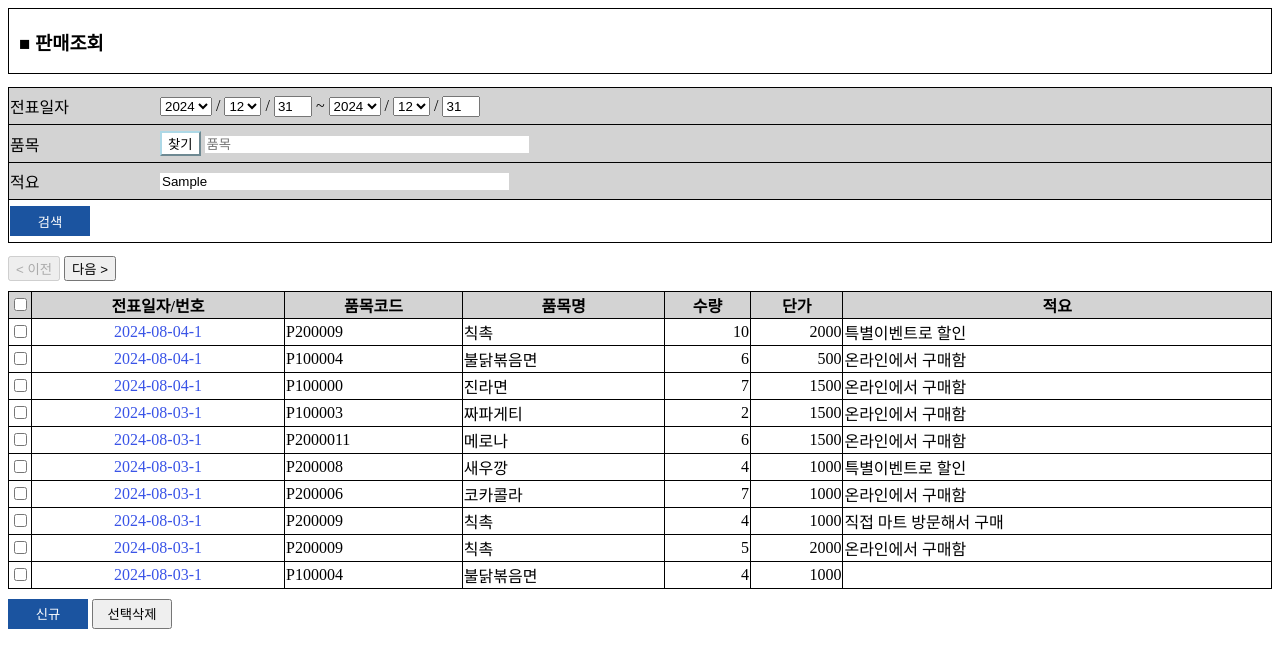
Repository: yoosb0328/js-project
Page: search.html
The author's editor kept a copy of each file at every save. The page is drawn from the files as they stood at one save, then again after the next save.
The browser window is 1280 px wide. The pictures show the whole page.
Empty fields were first filled with sample values (such as "Sample", 5 or name@example.com).
After loading, the first visible `#search-btn` was clicked once.

Above is the page before, as saved 2024-08-05 19:22:56.
Console error: TypeError: Cannot read properties of null (reading 'addEventListener')

### search.html
<!DOCTYPE html>
<html lang="en">
<head>
    <meta charset="UTF-8">
    <meta name="viewport" content="width=device-width, initial-scale=1.0">
    <title>판매조회</title>
    <link rel="stylesheet" href="./css/search.css">
</head>
<body>
    <div class="title">
        <h3 style="margin-left: 10px;"> &#x25A0; 판매조회</h3>
    </div>
    <div class="content">
        <div class="search-tab">
            <table class="search-table">
                <tr>
                   <td>
                        <div class="table-div">
                            <span class="name-tag">전표일자</span>
                            <div class="search-box">
                                <select id="year-select-from">
                                    <option value="2024">2024</option>
                                    <option value="2023">2023</option>
                                    <option value="2022">2022</option>
                                    <option value="2021">2021</option>
                                </select>
                                /
                                <select id="month-select-from">
                                    <option value="12">12</option>
                                    <option value="11">11</option>
                                    <option value="10">10</option>
                                    <option value="9">9</option>
                                    <option value="8">8</option>
                                    <option value="7">7</option>
                                    <option value="6">6</option>
                                    <option value="5">5</option>
                                    <option value="4">4</option>
                                    <option value="3">3</option>
                                    <option value="2">2</option>
                                    <option value="1">1</option>
                                </select>
                                /
                                <input id="date-input-from" class="date-input" type="number" placeholder="일자" value="31" max="31">
                                ~
                                <select id="year-select-to">
                                    <option value="2024">2024</option>
                                    <option value="2023">2023</option>
                                    <option value="2022">2022</option>
                                    <option value="2021">2021</option>
                                </select>
                                /
                                <select id="month-select-to">
                                    <option value="12">12</option>
                                    <option value="11">11</option>
                                    <option value="10">10</option>
                                    <option value="9">9</option>
                                    <option value="8">8</option>
                                    <option value="7">7</option>
                                    <option value="6">6</option>
                                    <option value="5">5</option>
                                    <option value="4">4</option>
                                    <option value="3">3</option>
                                    <option value="2">2</option>
                                    <option value="1">1</option>
                                </select>
                                /
                                <input id="date-input-to" class="date-input" type="number" placeholder="일자" value="31" max="31">
                            </div>
                        </div>
                   </td>
                </tr>
                <tr>
                    <td>
                        <div class="table-div">
                            <span class="name-tag">품목</span>
                            <form class="search-box">
                                <button id="open-popup-btn" class="category-btn" type="submit">찾기</button>
                                <input id="category-search-input" class="category-txt" type="text" readonly placeholder="품목">
                            </form>
                        </div>
                    </td>
                </tr>
                <tr>
                    <td>
                        <div class="table-div">
                            <span class="name-tag">적요</span>
                            <div class="search-box">
                                <input class="memo-txt" type="text" placeholder="적요">
                            </div>
                        </div>
                    </td>
                </tr>
                <tr style="background-color: white;">
                    <td>
                        <div class="button-tab search-content" style="margin-top: 5px; margin-bottom: 5px;">
                            <button id="search-btn"
                                    data-type="sale"
                                    class="color-button">검색</button></div>
                    </td>
                </tr>
            </table>
        </div>
        <div class="center-buttons" style="margin-top: 10px; margin-bottom: 10px;">
            <button id="sales-prev-button">< 이전 </button> <button id="sales-next-button"> 다음 >  </button>
        </div>
        <div class="main" style="margin-bottom: 10px;">
            <table id="sales-table" class="main-table">
                <colgroup id="sales-colgroup">
                    <col style="width: 5px;">
                    <col style="width: auto;">
                    <col>
                    <col>
                    <col>
                    <col>
                    <col>
                </colgroup>
                <thead id="sales-thead">
                    <tr>
                        <th>
                            <input type="checkbox" id="check-all">
                        </th>
                        <th>
                            전표일자/번호
                        </th>
                        <th>
                            품목코드
                        </th>
                        <th>
                            품목명
                        </th>
                        <th>
                            수량
                        </th>
                        <th>
                            단가
                        </th>
                        <th>
                            적요
                        </th>
                    </tr>
                </thead>
                <tbody id="common-tbody" class="table-body">
                </tbody>
            </table>
        </div>
        <div class="bottom-buttons">
            <button id="open-popup-btn" class="new-sale-btn color-button"> 신규 </button> <button class="non-color-button"> 선택삭제 </button>
        </div>
    </div>
    <script type="module" src="./js/script/initData.js"></script>
    <script type="module" src="./js/component/checkBox.js"></script>
    <script type="module" src="./js/component/popup.js"></script>
    <script type="module" src="./js/component/button.js"></script>
</body>
</html>

### css/search.css
.title {
    border: 1px solid black;
}
.search-tab {
    margin-top: 1%;
    margin-bottom: 1%;
    border-collapse: collapse;

}
.search-table {
    width: 100%;
    background-color: lightgray;
    border-collapse: collapse;
}
.search-table tr {
    background-color: lightgray;
    width: auto;
    border: 1px solid black;
}
.search-table .table-div {
    display: flex;
    align-items: center;
    margin-top: 5px;
    margin-bottom: 5px;
}
.table-div span {
    width: 120px;
}
.table-div .search-box {
    margin-left: 30px;
}
.date-input {
    width: 30px;
}
.button-tab {
    background-color: white;
}
.color-button {
    background-color: rgb(27, 84, 160);
    border: 0px;
    color: white;
    width: 80px;
    height: 30px;

}
.non-color-button {
    width: 80px;
    height: 30px;
}
.category-btn {
    background-color: white;
    border-color: lightblue;
}
.category-txt {
    border: none;
    width: 320px;
}
.memo-txt {
    border: none;
    width: 345px;
}
.main-table {
    width: 100%;
    border-collapse: collapse;
}
.main-table th {
    background-color: lightgray;
    text-align: center;
    width: auto;
    border: 1px solid black;
}
.main-table td {
    border: 1px solid black;
    text-align: right;
}
.main-table .center-align-cell {
    text-align: center;
}
.main-table .left-align-cell {
    text-align: left;
}
.main-table .right-align-cell {
    text-align: right;
}
.main-table .date-num {
    color: rgb(58, 84, 231);
}

### js/script/initData.js
import { DataStore } from "../data/DataStore.js";
import { Category } from "../data/Category.js";
import { Sale, SaleRender } from "../data/Sale.js";

const dates = ["2024-08-04", "2024-08-03", "2024-08-03", "2024-08-02", "2024-08-01", "2024-07-31"];
const names = [
    "진라면",
    "신라면",
    "안성탕면",
    "짜파게티",
    "불닭볶음면",
    "팔도비빔면",
    "코카콜라",
    "스프라이트",
    "새우깡",
    "칙촉",
    "수박바",
    "메로나",
    "바밤바",
];
const descriptions = ["온라인에서 구매함", "직접 마트 방문해서 구매", "특별이벤트로 할인", ""];
const dataStore = DataStore.getInstance();

if (dataStore.categories.length === 0 && dataStore.sales.length === 0) {
    console.log("initData : 데이터 초기화");
    dataStore.loadFromLocalStorage();
    initCategory();
    initSales();
    dataStore.saveToLocalStorage();
}

const saleRender = new SaleRender(dataStore.sales);
saleRender.render();

//Category부터 저장.
function initCategory() {
    const categories = [];
    names.forEach(function (name, index) {
        const code = index <= 5 ? "P10000" + index : "P20000" + index;
        categories.push(new Category(code, name));
    });
    categories.sort((a, b) => a.code - b.code);
    dataStore.categories = categories;
    return categories;
}

function initSales() {
    const sales = [];
    const totalSalescount = 30; //시작 데이터 30개 임의 생성.

    for (let i = 0; i < totalSalescount; i++) {
        //임의의 날짜
        const randomDate = dates[Math.floor(Math.random() * dates.length)];
        //임의의 카테고리
        const randomCategory =
            dataStore.categories[Math.floor(Math.random() * dataStore.categories.length)];
        //임의의 적요
        const randomDescription = descriptions[Math.floor(Math.random() * descriptions.length)];
        //임의의 수량
        const quantity = Math.floor(Math.random() * 10) + 1;
        //임의의 가격
        const price = (Math.floor(Math.random() * 5) + 1) * 500;
        //객체 생성
        const sale = new Sale(randomDate, randomCategory, quantity, price, randomDescription);

        sales.push(sale);
    }
    //날짜 순 내림차순 정렬(최근 날짜 먼저)
    sales.sort((a, b) => new Date(b.date) - new Date(a.date));

    // 생성된 Sales 객체들을 dataStore.sales에 저장
    dataStore.sales = sales;
    return sales;
}

### js/component/checkBox.js
const checkAll = document.getElementById("check-all");

checkAll.addEventListener("change", (event) => {
    const isChecked = event.target.checked;
    const rowCheckboxes = document.querySelectorAll("#common-tbody .row-checkbox");
    // const rowCheckboxes = document.querySelectorAll(".table-tbody .row-checkbox");
    rowCheckboxes.forEach((checkbox) => {
        checkbox.checked = isChecked;
    });
});

### js/component/popup.js
import { DataStore } from "../data/DataStore.js";
import { renderAppliedCategory } from "../data/Category.js";
/*팝업 오픈 시 데이터 전송*/

// 부모 창에서 메시지를 수신하고, 팝업으로 데이터를 전송
window.addEventListener("message", (event) => {
    // 보안 검증
    if (event.origin !== "http://127.0.0.1:5500") {
        console.error("허용되지 않은 출처", event.origin);
        return;
    }
    // if (event.data === "requestCategories") {
    //     const data = DataStore.getInstance().categories;
    //     event.source.postMessage({ type: "categories", data: data }, event.origin);
    // }
    console.log(event);
    switch (event.data.type) {
        case "requestCategories": //카테고리 정보를 부모창에서 자식 팝업으로 전송.
            const data = DataStore.getInstance().categories;
            event.source.postMessage({ type: "categories", data: data }, event.origin);
            break;
        case "checkBoxApplyItems":
            renderAppliedCategory(event.data.data);
            break;
        default:
            console.log("no case for popup action");
    }
});

### js/component/button.js
import { DataStore } from "../data/DataStore.js";
import { CategoryRender } from "../data/Category.js";
/*버튼 기능 구현*/

//검색버튼
const searchButton = document.getElementById("search-btn");
if (searchButton) {
    searchButton.addEventListener("click", search);
}
function search(event) {
    // 클릭된 버튼의 data-type 속성 값을 가져옴
    const type = event.target.getAttribute("data-type");
    let result;
    let categoryRender;
    // data-type에 따라 분기 처리
    switch (type) {
        case "category":
            const code = document.getElementById("category-code-txt").value;
            const name = document.getElementById("category-name-txt").value;
            console.log(code, name);
            // category 검색 로직
            result = DataStore.getInstance().searchCategories(code, name);
            categoryRender = new CategoryRender(result);
            categoryRender.render();
            break;
        case "sale":
            // 기간 추출
            const fromYear = document.querySelector("#year-select-from").value;
            const fromMonth = document.querySelector("#month-select-from").value;
            const fromDay = document.querySelector("#date-input-from").value;

            const toYear = document.querySelector("#year-select-to").value;
            const toMonth = document.querySelector("#month-select-to").value;
            const toDay = document.querySelector("#date-input-to").value;

            const fromDate = `${fromYear}-${fromMonth.padStart(2, "0")}-${fromDay.padStart(
                2,
                "0"
            )}`;
            const toDate = `${toYear}-${toMonth.padStart(2, "0")}-${toDay.padStart(2, "0")}`;

            // 품목 (코드) 추출
            const categoryInput = document.getElementById("category-search-input");
            const codes = categoryInput.value
                .split(",")
                .map((code) => code.trim())
                .filter((code) => code !== "");

            // 적요 추출
            const description = document.querySelector(".memo-txt").value;
            result = DataStore.getInstance().searchSales(fromDate, toDate, codes, description);
            categoryRender = new CategoryRender(result);
            categoryRender.render();
            break;
        default:
            console.log("Unknown search type");
    }
} //search();

//체크박스 선택 후 적용 버튼
const applyButton = document.getElementById("apply-btn");
if (applyButton) {
    applyButton.addEventListener("click", apply);
}
function apply() {
    // 체크박스가 있는 tbody 요소를 가져옵니다.
    const tbody = document.getElementById("common-tbody");
    const checkboxes = tbody.querySelectorAll("input.row-checkbox");

    // 선택된 체크박스의 정보를 저장할 배열
    const selectedItems = [];

    checkboxes.forEach((checkbox) => {
        if (checkbox.checked) {
            const row = checkbox.closest("tr"); //checkbox에서 가장 가까운 로우
            const code = row.querySelector(".category-code").textContent.trim(); // 코드 정보
            const name = row.querySelector(".category-name").textContent.trim(); // 이름 정보
            selectedItems.push({ code, name });
            console.log(code, name);
        }
    });

    // 체크된 항목이 3개 이하인지 확인합니다.
    if (selectedItems.length > 3) {
        alert("최대 3개 항목만 적용할 수 있습니다!");
        return;
    }
    // 부모 창에 메시지 전송
    if (window.opener) {
        window.opener.postMessage({ type: "checkBoxApplyItems", data: selectedItems }, "*");
    }

    // 팝업 닫기
    window.close();
} //apply()

//신규 버튼
const newButton = document.getElementById("");

//선택 삭제 버튼
const deleteButton = document.getElementById("");

//팝업 닫는 버튼
const closeButtons = document.querySelectorAll("#close-popup-btn");
closeButtons.forEach((button) => {
    button.addEventListener("click", closePopup);
});
function closePopup() {
    window.close();
} //closePopup()

//팝업 여는 버튼
const openButtons = document.querySelectorAll("#open-popup-btn");
openButtons.forEach((button) => {
    button.addEventListener("click", openPopup);
});

function openPopup(event) {
    event.preventDefault(); // 기본 동작 방지

    // 클릭된 버튼의 클래스 이름을 가져오기 (css 구분이 아닌 동작에 따른 클래스명은 항상 제일 앞에 작성)
    const classList = event.target.classList;
    const className = classList[0];
    // 클래스 이름에 따라 팝업을 열기
    switch (className) {
        case "category-btn": //품목 조회 팝업
            window.open("search-popup.html", "search-popup", "width=600,height=600");
            break;
        case "new-category-btn": //품목 등록 팝업
            window.open("category-input-popup.html", "input-popup", "width=600,height=300");
            break;
        case "new-sale-btn": //판매 데이터 입력 팝업
            window.open("sale-input-popup.html", "sale-input-popup", "width=600,height=600");
            break;
        default:
            console.error("Unknown className:", className);
            break;
    }
} //openPopup()

### js/data/Category.js
export class Category {
    constructor(code, name) {
        this.code = code;
        this.name = name;
    }

    //Getter
    getCode() {
        return this.code;
    }
    getName() {
        return this.name;
    }
}

export class CategoryRender {
    constructor(categories) {
        this.categories = categories;
        this.currentPage = 1;
        this.itemsPerPage = 10;

        this.initEventListeners();
    }

    initEventListeners() {
        const prevButton = document.querySelector("#category-prev-button");
        const nextButton = document.querySelector("#category-next-button");

        prevButton.addEventListener("click", this.goToPrevPage.bind(this));
        nextButton.addEventListener("click", this.goToNextPage.bind(this));
    }

    render() {
        const startIndex = (this.currentPage - 1) * this.itemsPerPage; //처음에는 0에서 시작.
        const endIndex = startIndex + this.itemsPerPage; //처음에는 10
        const currentCategories = this.categories.slice(startIndex, endIndex); //0~9까지 slice하게 됨.
        const tbody = document.getElementById("common-tbody");

        tbody.innerHTML = "";

        currentCategories.forEach((category) => {
            const row = document.createElement("tr");
            row.innerHTML = `
                <td class="center-align-cell"><input class="row-checkbox" type="checkbox"></td>
                <td class="center-align-cell category-code">${category.code}</td>
                <td class="left-align-cell category-name">${category.name}</td>
                <td class="left-align-cell">수정</td>
            `;
            tbody.appendChild(row);
        });

        // 버튼 활성화 상태 업데이트
        this.updateButtons();
    } //render()

    updateButtons() {
        const prevButton = document.querySelector("#category-prev-button");
        const nextButton = document.querySelector("#category-next-button");

        prevButton.disabled = this.currentPage === 1;
        nextButton.disabled =
            this.currentPage === Math.ceil(this.categories.length / this.itemsPerPage);
    } //updateButtons()

    setPage(page) {
        this.currentPage = page;
        this.render();
    } //setPage()

    goToPrevPage() {
        if (this.currentPage > 1) {
            this.setPage(this.currentPage - 1);
        }
    }

    goToNextPage() {
        if (this.currentPage < Math.ceil(this.categories.length / this.itemsPerPage)) {
            this.setPage(this.currentPage + 1);
        }
    }
} //CategoryRender()

export function renderAppliedCategory(categories) {
    // 렌더링할 input 태그 선택
    const categoryInput = document.getElementById("category-search-input");
    categoryInput.value = "";
    // 배열의 요소를 문자열로 변환
    const categoryCodes = categories.map((category) => category.code).join(", ");

    // input 태그에 문자열 설정
    if (categoryInput) {
        categoryInput.value = categoryCodes;
    }
} // renderAppliedCategory

### js/data/Sale.js
import { Category } from "./Category.js";
import { DataStore } from "./DataStore.js";

export class Sale {
    constructor(date, category, quantity, price, description) {
        this.dataStore = DataStore.getInstance(); // 싱글톤 인스턴스를 가져옴
        this.date = date;
        this.dateNumber = date + "-" + this.getNextNumber(date);
        this.category = category; // category 객체를 참조
        this.quantity = quantity;
        this.price = price;
        this.description = description;
    }

    getNextNumber(date) {
        //같은 날짜에 등록된 전표 체크.
        const sameDateSales = this.dataStore.sales.filter((sale) => sale.date === date);
        return sameDateSales.length + 1;
    }

    //toJSON overriding
    toJSON() {
        return {
            dateNumber: this.dateNumber,
            date: this.date,
            category: {
                code: this.category.code,
                name: this.category.name,
            },
            quantity: this.quantity,
            price: this.price,
            description: this.description,
        };
    }
}

export class SaleRender {
    constructor(sales) {
        this.sales = sales;
        this.currentPage = 1;
        this.itemsPerPage = 10;

        this.initEventListeners();
    }

    initEventListeners() {
        const prevButton = document.querySelector("#sales-prev-button");
        const nextButton = document.querySelector("#sales-next-button");

        prevButton.addEventListener("click", this.goToPrevPage.bind(this));
        nextButton.addEventListener("click", this.goToNextPage.bind(this));
    }

    render() {
        console.log("render");
        const startIndex = (this.currentPage - 1) * this.itemsPerPage; //처음에는 0에서 시작.
        const endIndex = startIndex + this.itemsPerPage; //처음에는 10
        const currentSales = this.sales.slice(startIndex, endIndex); //0~9까지 slice하게 됨.

        const tbody = document.getElementById("common-tbody");

        tbody.innerHTML = "";

        currentSales.forEach((sale) => {
            const row = document.createElement("tr");
            row.innerHTML = `
                <td class="center-align-cell"><input class="row-checkbox" type="checkbox"></td>
                <td class="center-align-cell date-num">${sale.dateNumber}</td>
                <td class="left-align-cell">${sale.category.code}</td>
                <td class="left-align-cell">${sale.category.name}</td>
                <td class="right-align-cell">${sale.quantity}</td>
                <td class="right-align-cell">${sale.price}</td>
                <td class="left-align-cell">${sale.description}</td>
            `;
            tbody.appendChild(row);
        });

        // 버튼 활성화 상태 업데이트
        this.updateButtons();
    } //render();

    updateButtons() {
        const prevButton = document.querySelector("#sales-prev-button");
        const nextButton = document.querySelector("#sales-next-button");

        prevButton.disabled = this.currentPage === 1;
        nextButton.disabled = this.currentPage === Math.ceil(this.sales.length / this.itemsPerPage);
    }

    setPage(page) {
        this.currentPage = page;
        this.render();
    }

    goToPrevPage() {
        if (this.currentPage > 1) {
            this.setPage(this.currentPage - 1);
        }
    }

    goToNextPage() {
        if (this.currentPage < Math.ceil(this.sales.length / this.itemsPerPage)) {
            this.setPage(this.currentPage + 1);
        }
    }
}

Loaded but not shown: js/data/DataStore.js (150 lines, source omitted)

After the next save:
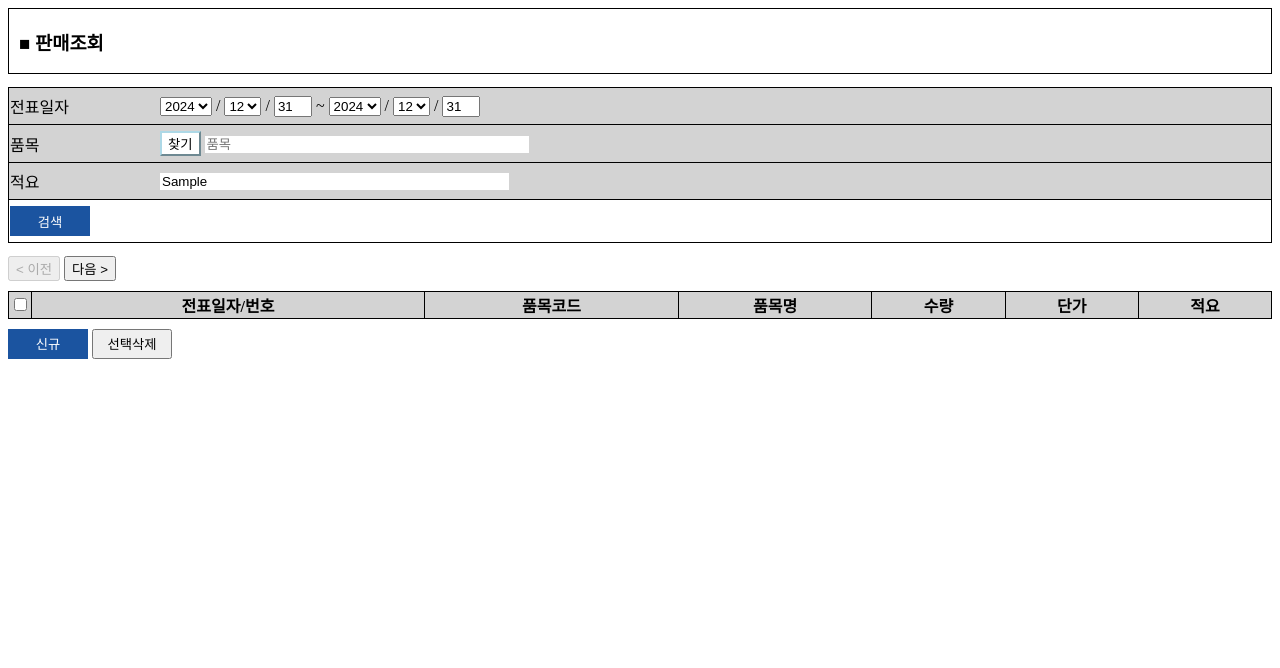
The error is gone.
Saved 40 s later.
--- a/js/component/button.js
+++ b/js/component/button.js
@@ -1,5 +1,6 @@
 import { DataStore } from "../data/DataStore.js";
 import { CategoryRender } from "../data/Category.js";
+import { SaleRender } from "../data/Sale.js";
 /*버튼 기능 구현*/
 
 //검색버튼
@@ -12,6 +13,8 @@ function search(event) {
     const type = event.target.getAttribute("data-type");
     let result;
     let categoryRender;
+    let saleRender;
+
     // data-type에 따라 분기 처리
     switch (type) {
         case "category":
@@ -49,8 +52,8 @@ function search(event) {
             // 적요 추출
             const description = document.querySelector(".memo-txt").value;
             result = DataStore.getInstance().searchSales(fromDate, toDate, codes, description);
-            categoryRender = new CategoryRender(result);
-            categoryRender.render();
+            saleRender = new SaleRender(result);
+            saleRender.render();
             break;
         default:
             console.log("Unknown search type");
